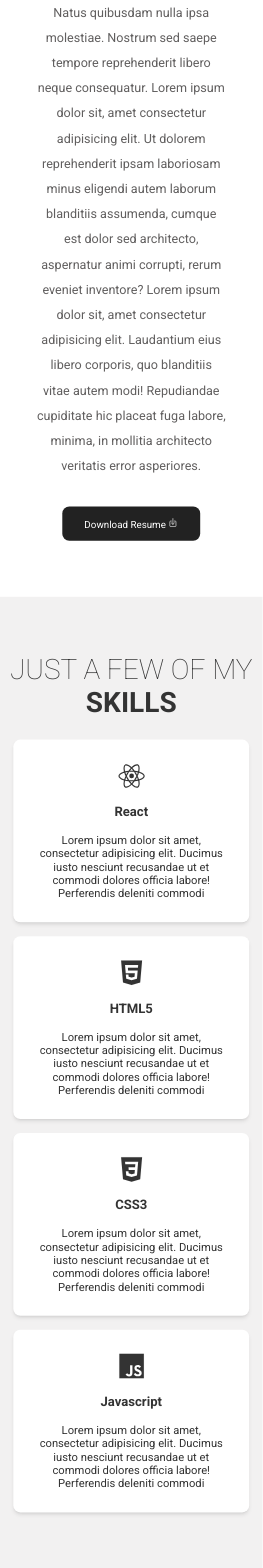
Repository: DevAntonioRogers/portfolio-tutorial
Page: index.html
These files come from the project's save history. The page is drawn as it stood at one moment and after the next save; the edit follows.
The browser window is 375 px wide. The pictures show the part of the page from y = 1242 to 3482 px (the page is 3482 px tall before and 3423 px after), at 70% of full size.
Backgrounds fixed to the window are drawn as part of the page.

Above is the page before, as saved 2023-10-31 23:41:21.

### index.html
<!DOCTYPE html>
<html lang="en">
  <head>
    <meta charset="UTF-8" />
    <meta
      name="viewport"
      content="width=device-width, initial-scale=1.0"
    />
    <script src="https://unpkg.com/typed.js@2.0.16/dist/typed.umd.js"></script>
    <script
      type="module"
      src="https://unpkg.com/ionicons@7.1.0/dist/ionicons/ionicons.esm.js"
    ></script>
    <script
      nomodule
      src="https://unpkg.com/ionicons@7.1.0/dist/ionicons/ionicons.js"
    ></script>
    <link rel="stylesheet" href="./styles/main.css" />
    <title>John Doe Portfolio</title>
  </head>
  <body>
    <!-------- NAVBAR --------->
    <header>
      <nav role="navigation" aria-label="Navigation">
        <div class="container navbar">
          <h1>John Doe.</h1>

          <ul class="nav-menu">
            <li><a href="#home">Home</a></li>
            <li><a href="#about">About</a></li>
            <li><a href="#resume">Resume</a></li>
            <li><a href="#projects">Projects</a></li>
            <li><a href="#contact">Contact</a></li>
          </ul>

          <button
            aria-label="Toggle Mobile Menu"
            class="hamburger"
          >
            <span class="bar"></span>
            <span class="bar"></span>
            <span class="bar"></span>
          </button>
        </div>
      </nav>
    </header>

    <main>
      <!--HERO SECTION -->
      <section id="home" class="hero">
        <div class="hero-overlay"></div>
        <div class="container hero-content">
          <div class="hero-text">
            <h2 id="typed-text"></h2>
          </div>

          <div
            class="hero-socials"
            aria-label="Social Media Links"
          >
            <a href="#" aria-label="Twitter Link"
              ><ion-icon name="logo-twitter"></ion-icon
            ></a>
            <a href="#" aria-label="Github Link"
              ><ion-icon name="logo-github"></ion-icon
            ></a>
            <a href="#" aria-label="LinkedIn Link"
              ><ion-icon name="logo-linkedin"></ion-icon
            ></a>
            <a href="#" aria-label="Facebook Link"
              ><ion-icon name="logo-facebook"></ion-icon
            ></a>
          </div>
        </div>
      </section>

      <!--ABOUT SECTION-->
      <section class="about" id="about">
        <div class="container">
          <h1>
            I'm <strong>John Doe</strong> and I'm a
            <strong>full stack engineer</strong>
          </h1>

          <div class="about-info">
            <p>
              Lorem ipsum dolor sit amet consectetur
              adipisicing elit. Distinctio expedita
              temporibus nobis dolores, quidem repellendus
              voluptatibus sit. Natus quibusdam nulla ipsa
              molestiae. Nostrum sed saepe tempore
              reprehenderit libero neque consequatur. Lorem
              ipsum dolor sit, amet consectetur adipisicing
              elit. Ut dolorem reprehenderit ipsam
              laboriosam minus eligendi autem laborum
              blanditiis assumenda, cumque est dolor sed
              architecto, aspernatur animi corrupti, rerum
              eveniet inventore? Lorem ipsum dolor sit, amet
              consectetur adipisicing elit. Laudantium eius
              libero corporis, quo blanditiis vitae autem
              modi! Repudiandae cupiditate hic placeat fuga
              labore, minima, in mollitia architecto
              veritatis error asperiores.
            </p>
          </div>

          <button
            class="about-button"
            aria-label="Download Resume Button"
          >
            Download Resume
            <ion-icon
              name="download-outline"
              aria-hidden="true"
            ></ion-icon>
          </button>
        </div>
      </section>

      <!--SKILLS SECTION-->
      <section class="skills" id="skills">
        <h1>Just a few of my <strong>skills</strong></h1>
        <div class="container skill-grid">
          <div class="skill">
            <ion-icon
              name="logo-react"
              class="skill-icon"
              aria-hidden="true"
            ></ion-icon>
            <h3>React</h3>
            <p>
              Lorem ipsum dolor sit amet, consectetur
              adipisicing elit. Ducimus iusto nesciunt
              recusandae ut et commodi dolores officia
              labore! Perferendis deleniti commodi
            </p>
          </div>
          <div class="skill">
            <ion-icon
              name="logo-html5"
              class="skill-icon"
              aria-hidden="true"
            ></ion-icon>
            <h3>HTML5</h3>
            <p>
              Lorem ipsum dolor sit amet, consectetur
              adipisicing elit. Ducimus iusto nesciunt
              recusandae ut et commodi dolores officia
              labore! Perferendis deleniti commodi
            </p>
          </div>
          <div class="skill">
            <ion-icon
              name="logo-CSS3"
              class="skill-icon"
              aria-hidden="true"
            ></ion-icon>
            <h3>CSS3</h3>
            <p>
              Lorem ipsum dolor sit amet, consectetur
              adipisicing elit. Ducimus iusto nesciunt
              recusandae ut et commodi dolores officia
              labore! Perferendis deleniti commodi
            </p>
          </div>
          <div class="skill">
            <ion-icon
              name="logo-javascript"
              class="skill-icon"
              aria-hidden="true"
            ></ion-icon>
            <h3>Javascript</h3>
            <p>
              Lorem ipsum dolor sit amet, consectetur
              adipisicing elit. Ducimus iusto nesciunt
              recusandae ut et commodi dolores officia
              labore! Perferendis deleniti commodi
            </p>
          </div>
        </div>
      </section>
    </main>

    <script src="./app.js"></script>
  </body>
</html>

### styles/main.css
@import url("https://fonts.googleapis.com/css2?family=Roboto:wght@100;400;500;700&display=swap");
@import url(./navbar.css);
@import url(./hero.css);
@import url(./about.css);
@import url(./skills.css);

* {
  box-sizing: border-box;
  padding: 0;
  margin: 0;
  font-family: "Roboto", sans-serif;
}

html {
  scroll-behavior: smooth;
}

li {
  list-style: none;
}

a {
  text-decoration: none;
  color: inherit;
}

button {
  outline: none;
  border: none;
  background: inherit;
}

.container {
  width: 90%;
  margin: 0 auto;
  max-width: 1400px;
  height: 100%;
}

article {
  padding: 20px 0;
  display: flex;
  flex-direction: column;
  gap: 10px;
  border: solid 1px #dad9d9;
}

### app.js
//NAVBAR

const hamburger = document.querySelector('.hamburger')
const navMenu = document.querySelector('.nav-menu')
const body = document.querySelector('body')
const navLinks = navMenu.querySelectorAll('li');

hamburger.addEventListener('click', () => {
  hamburger.classList.toggle('active')
  navMenu.classList.toggle('active')
  body.classList.toggle("no-scroll")
})

function closeMenu() {
  hamburger.classList.remove('active')
  navMenu.classList.remove('active')
  body.classList.remove("no-scroll")
}

navLinks.forEach((link) => {
  link.addEventListener('click', closeMenu)
})

//TYPING DELETING TEXT
function initTypedText() {
  const options = {
    strings: [
      "Hello, I'm John Doe",
      "A Software Engineer",
      "From New York",
    ],
    typeSpeed: 50,
    backSpeed: 30,
    backDelay: 1000,
    startDelay: 500,
    loop: true,
  }
  const typed = new Typed("#typed-text", options)
}

initTypedText()

### styles/navbar.css
nav {
  background-color: transparent;
  position: fixed;
  width: 100%;
  z-index: 999;
  top: 0;
  left: 0;
  padding: 1rem 0;
}

.navbar {
  display: flex;
  justify-content: space-between;
  align-items: center;
}

.navbar h1 {
  color: white;
  font-size: 28px;
}

.nav-menu {
  display: flex;
  gap: 3rem;
  align-items: center;
}

.nav-menu li {
  font-size: 14px;
  color: white;
}

.bar {
  background-color: white;
  display: block;
  width: 23px;
  height: 2px;
  margin: 5px auto;
  transition: all 0.3s ease-in-out;
}

.hamburger {
  display: none;
  z-index: 999;
}

@media only screen and (max-width: 768px) {
  .hamburger {
    display: block;
  }

  .nav-menu {
    position: fixed;
    top: 0;
    right: 0;
    width: 100%;
    height: 100%;
    flex-direction: column;
    align-items: center;
    background-color: black;
    padding: 20px 0;
    z-index: 10;
    transition: 0.3s ease-in-out;
    gap: 5rem;
    padding-top: 6rem;
    left: -100%;
  }

  .nav-menu.active {
    left: 0;
  }

  .hamburger.active .bar:nth-child(2) {
    opacity: 0;
  }

  .hamburger.active .bar:nth-child(1) {
    transform: translateY(8px) rotate(45deg);
  }

  .hamburger.active .bar:nth-child(3) {
    transform: translatey(-6px) rotate(-45deg);
  }
}

### styles/hero.css
.hero {
  position: relative;
  height: 100vh;
  background: url(/assets/hero.jpg);
  background-size: cover;
  z-index: 1;
  background-attachment: fixed;
}

.hero-overlay {
  position: absolute;
  width: 100%;
  height: 100%;
  background-color: #0000005e;
  top: 0;
  left: 0;
  z-index: 1;
}

.hero-content {
  display: flex;
  gap: 2rem;
  flex-direction: column;
  align-items: center;
  justify-content: center;
  position: relative;
  z-index: 2;
  color: white;
}

.hero-socials {
  display: flex;
  align-items: center;
  gap: 20px;
}

.hero-socials ion-icon {
  background-color: white;
  color: black;
  padding: 8px;
  border-radius: 100%;
  font-size: 18px;
}

.hero-text {
  display: flex;
}

.hero-content h2 {
  font-size: 60px;
}

.typed-cursor {
  font-size: 60px;
  opacity: 1;
}

@media only screen and (max-width: 650px) {
  .hero-content h2 {
    font-size: 30px;
  }

  .typed-cursor {
    font-size: 30px;
    opacity: 1;
  }
}

### styles/about.css
.about {
  padding: 5rem 0;
  text-align: center;
}

.about-info {
  display: flex;
  gap: 20px;
  margin: 40px 0;
}

.about h1 {
  font-weight: 100;
  font-size: 40px;
  text-transform: uppercase;
}

.about p {
  font-size: 18px;
  color: rgb(97, 95, 95);
  line-height: 2;
  max-width: 80%;
  margin: 0 auto;
}

.about-button {
  padding: 1rem 2rem;
  background: #222;
  color: white;
  border: none;
  border-radius: 10px;
  font-size: 14px;
  cursor: pointer;
}

.about-button:hover {
  background-color: black;
  transition: 0.3s ease-in-out;
}

### styles/skills.css
.skills {
  background-color: rgb(242, 241, 241);
  padding: 5rem 0;
  color: #333;
  text-align: center;
}

.skills h1 {
  font-weight: 100;
  font-size: 40px;
  text-transform: uppercase;
  margin-bottom: 30px;
}

.skill-grid {
  display: grid;
  grid-template-columns: repeat(4, minmax(0, 1fr));
  gap: 20px;
}

.skill {
  display: flex;
  flex-direction: column;
  justify-content: center;
  align-items: center;
  text-align: center;
  padding: 2rem;
  gap: 20px;
  border-radius: 10px;
  background-color: white;
  box-shadow: 0 4px 6px -1px rgb(0 0 0 / 0.1),
    0 2px 4px -2px rgb(0 0 0 / 0.1);
}

.skill-icon {
  font-size: 40px;
}

@media only screen and (max-width: 992px) {
  .skill-grid {
    grid-template-columns: repeat(2, minmax(0, 1fr));
  }
}

@media only screen and (max-width: 768px) {
  .skill-grid {
    grid-template-columns: repeat(1, minmax(0, 1fr));
  }
}

After the next save:
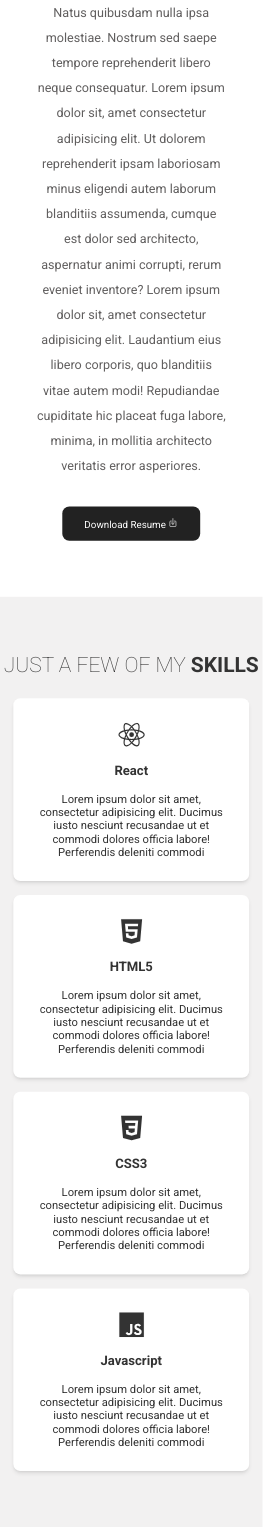
Saved 39 s later.
--- a/styles/skills.css
+++ b/styles/skills.css
@@ -47,3 +47,9 @@
     grid-template-columns: repeat(1, minmax(0, 1fr));
   }
 }
+
+@media only screen and (max-width: 480px) {
+  .skills h1 {
+    font-size: 30px;
+  }
+}

After the save that followed:
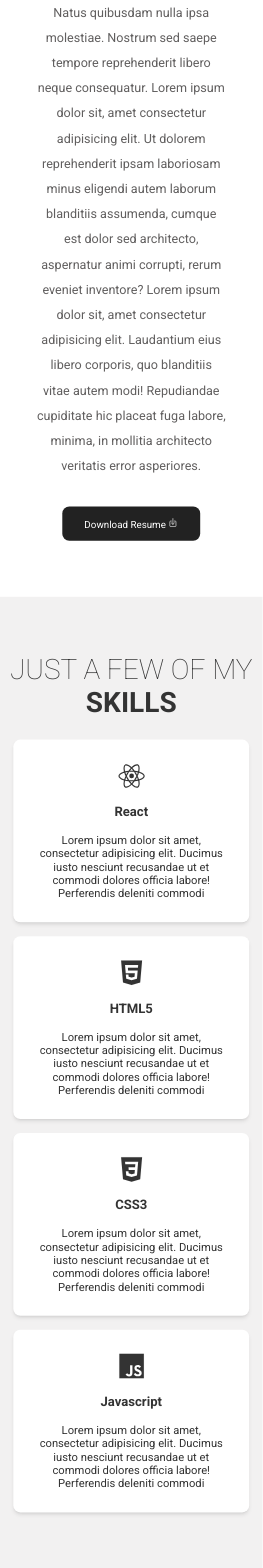
Saved 20 s later.
--- a/styles/skills.css
+++ b/styles/skills.css
@@ -48,8 +48,8 @@
   }
 }
 
-@media only screen and (max-width: 480px) {
+/* @media only screen and (max-width: 480px) {
   .skills h1 {
     font-size: 30px;
   }
-}
+} */
